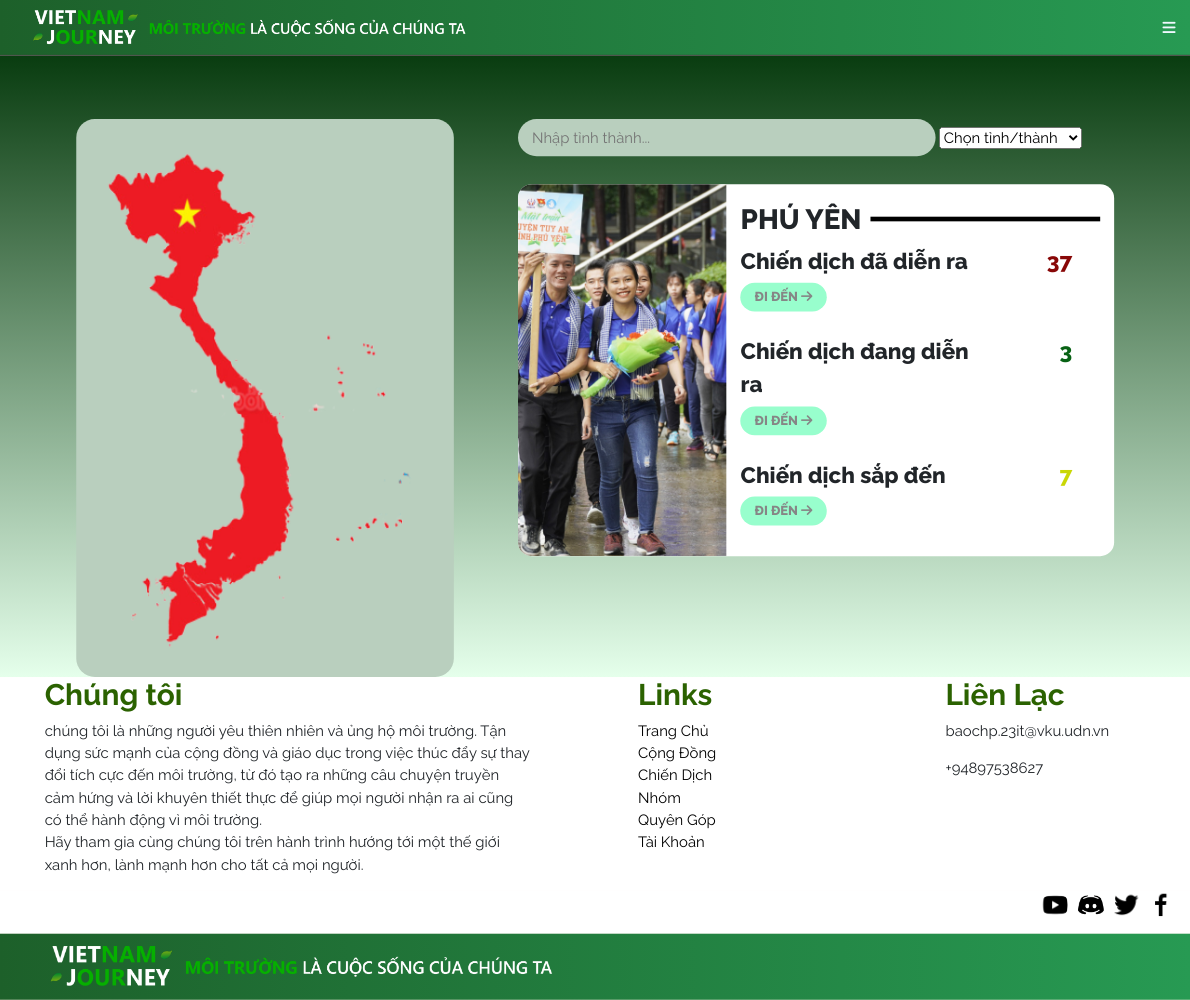
Repository: Boima12/Boima12.github.io_VietnamJourney
Page: HTML/ChienDich/ChienDich.html
An editor plug-in stored every save of this project. The page is shown before and after a run of saves, followed by the edit.
The browser window is 1280 px wide. The pictures show the whole page, at 93% of full size.

Above is the page before, as saved 2024-05-25 08:24:46.

After the next 3 saves:
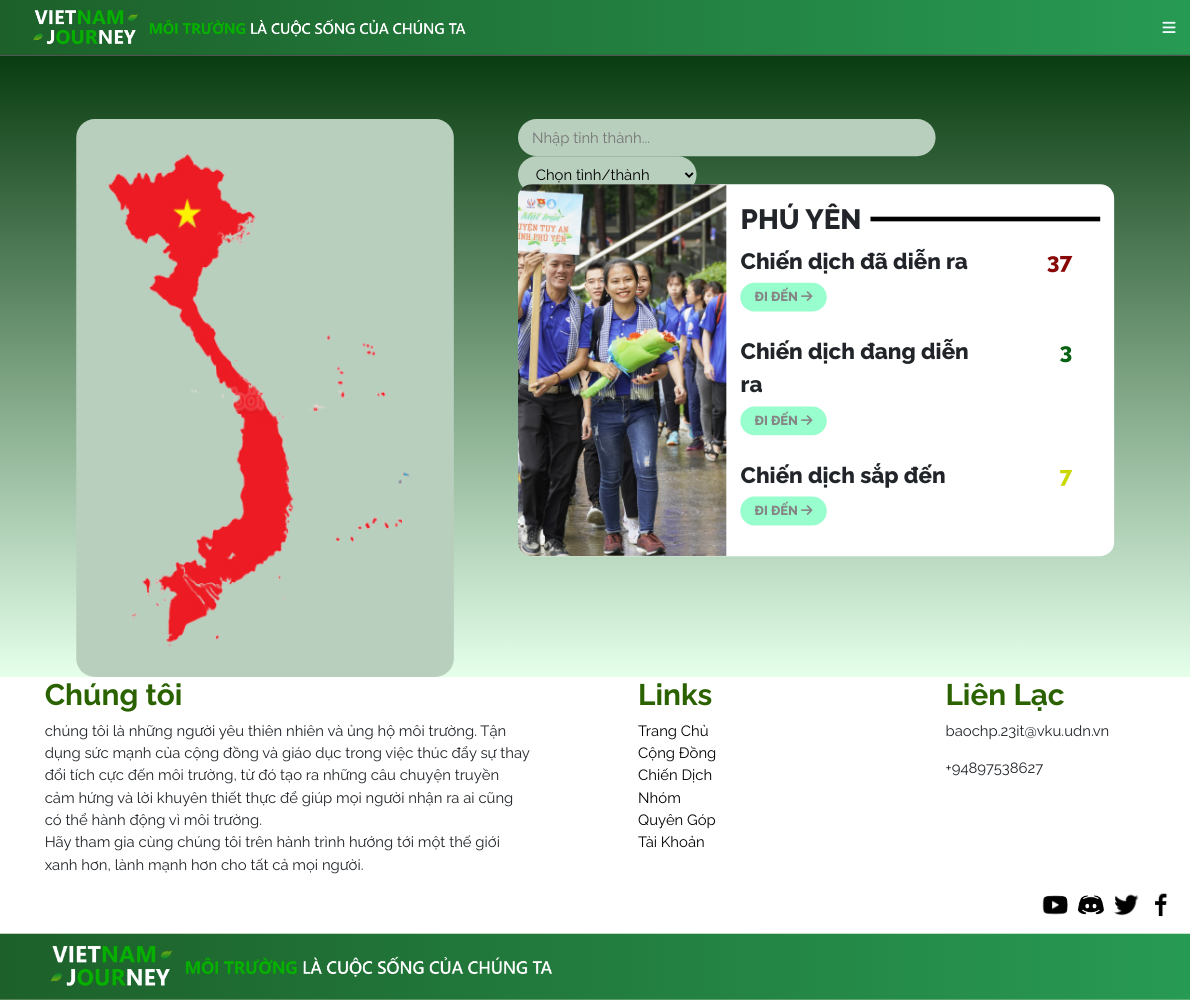
The 3 saves are shown as one change because they came seconds apart.
The last was saved 17 s later.
--- a/HTML/ChienDich/ChienDich.css
+++ b/HTML/ChienDich/ChienDich.css
@@ -220,7 +220,13 @@ header #sidebar div.sidebar-content i {
 }
 
 .right .search #province {
-
+    background-color: #B9CFBE;
+    height: 100%;
+    width: 30%;
+    border-radius: 40px;
+    border: none;
+    padding: 5px 15px 5px 15px;
+    font-size: 16px;
 }
 
 .right .content {
